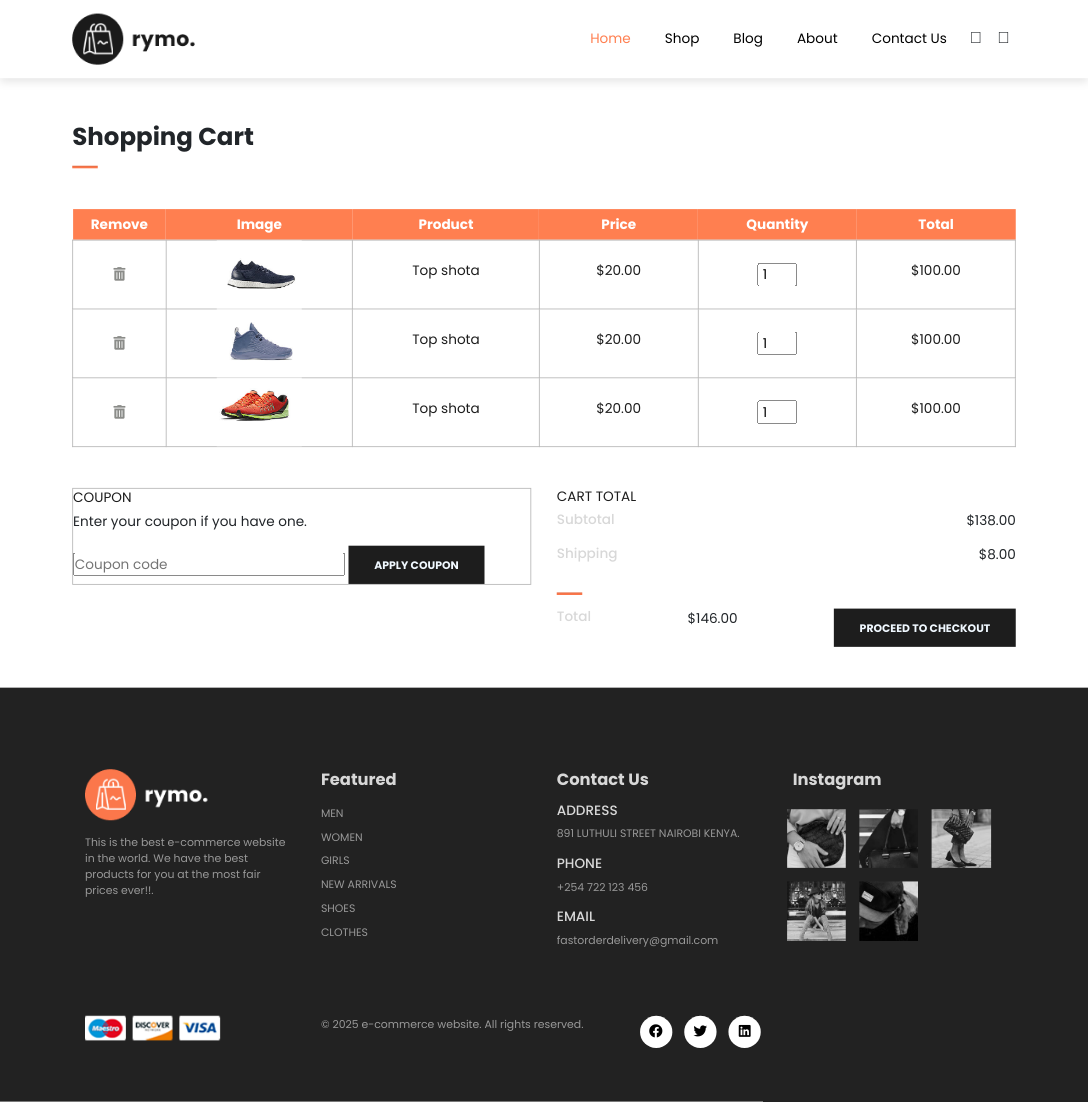
Repository: peter417waweru/e-commerce-UI
Page: cart.html
The author's editor kept a copy of each file at every save. The page is drawn from the files as they stood at one save, then again after the next save.
The browser window is 1280 px wide. The pictures show the whole page, at 85% of full size.
Some web libraries are served in a nearby version.

Above is the page before, as saved 2025-02-09 09:14:43.
Console error: TypeError: Cannot set properties of undefined (setting 'onclick')

After the next save:
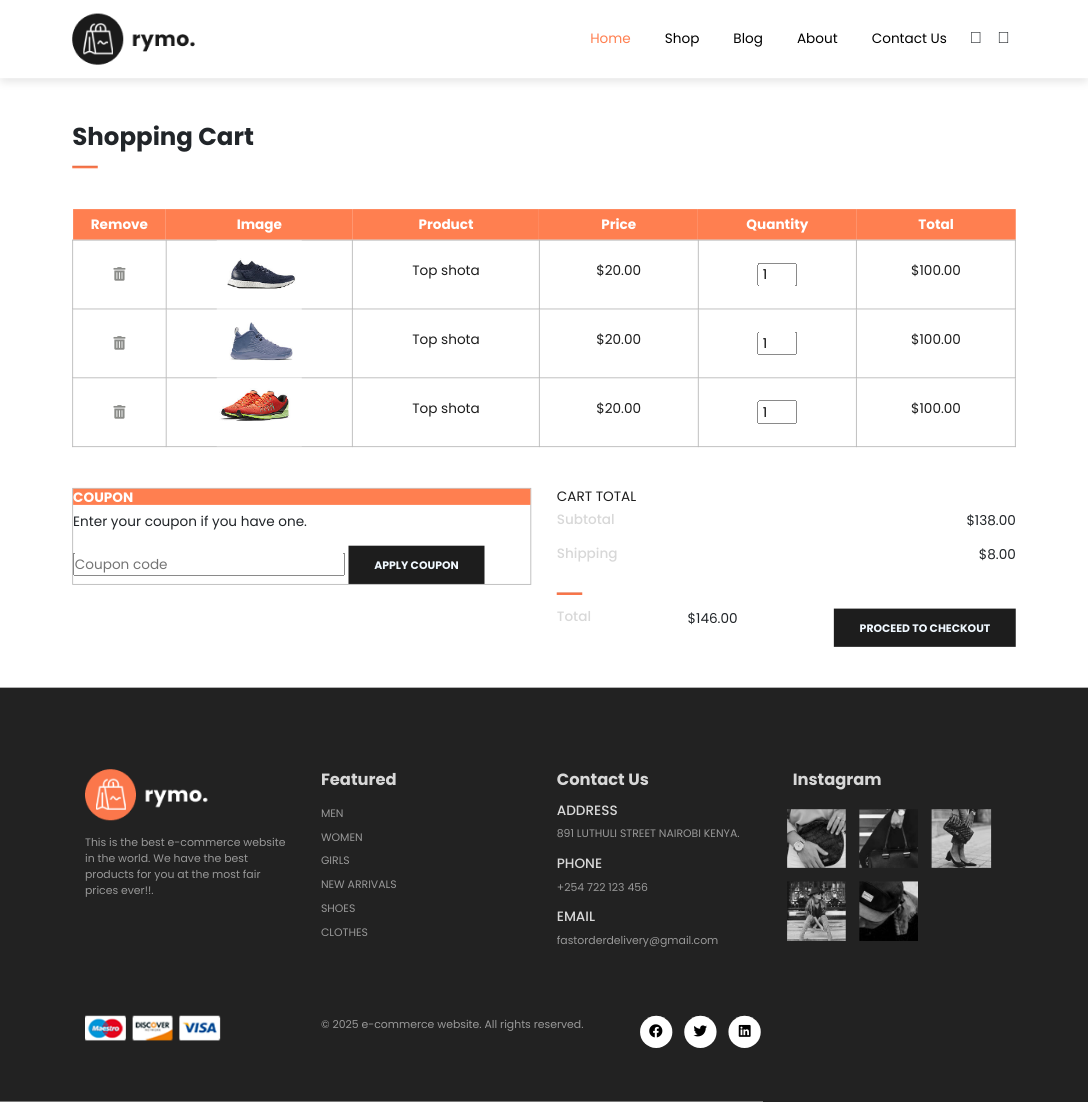
Saved 80 s later.
--- a/cart.css
+++ b/cart.css
@@ -48,3 +48,11 @@
 #cart-bottom .coupon>div{
     border: 1px solid #b6b6b6;
 }
+
+#cart-bottom .coupon h5{
+    background-color: coral;
+    color: #fff;
+    border: none;
+    padding: 6px 12;
+    font-weight: 700;
+}
